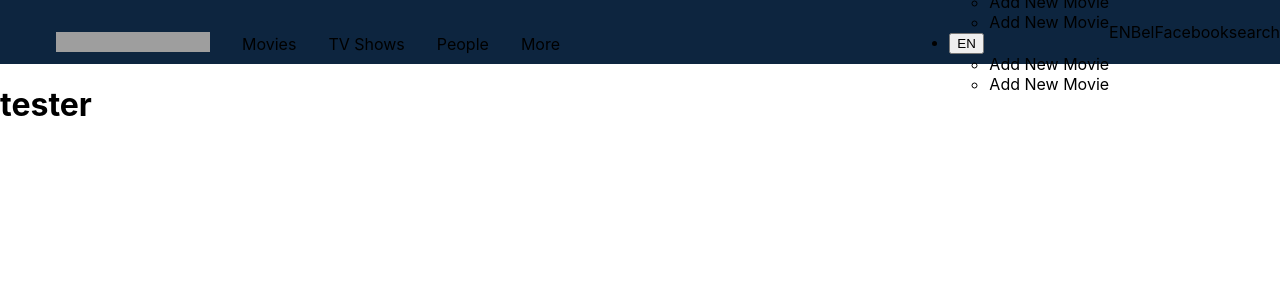
Repository: Fauzaanmhmd/qnpTesFrontend
Page: /
An editor plug-in stored every save of this project. The page is shown before and after the next save, followed by the edit.
The browser window is 1280 px wide. The pictures show the whole page.
Pictures or frames that could not be fetched are drawn as grey boxes. The page's requests for data from a server got no answer. The project was rebuilt for these pictures with package versions that can differ from the ones it lists, and the page was loaded fresh each time. The framework's server and built-in components were replaced by stand-ins that run in the browser. No one was signed in, and anything a server would have sent is missing. Also part of the build but not shown: next.config.js, styles/Moviecard.module.scss, pages/components/Moviecard.tsx.

Above is the page before, as saved 2022-03-17 13:51:48.

### pages/index.tsx
import type { NextPage } from 'next'
import styles from '../styles/Home.module.scss'
import Section from './Section'
import { useEffect, useState } from 'react'
import axios from 'axios'
import MovieCard from './components/Moviecard'
import Youtube from 'react-youtube'
import { ReactNode } from 'react'
import Navbar from './components/Navbar'


const Home: NextPage = () => {

  const MOVIE_API = "https://api.themoviedb.org/3"
  const SEARCH_API = MOVIE_API + "search/movie"
  const BACKDROP_PATH = "https://image.tmdb.org/t/p/w1280"
  const API_KEY = "b3802c15c1569a1a0caa6bee01c6f23e"
  const DISCOVER_API = `${MOVIE_API}/discover/movie`

  const [movie, setMovie] = useState({ title: "Loading Movies" })
  const [trailer, setTrailer] = useState(null)
  const [playing, setPlaying] = useState(false)
  const [movies, setMovies] = useState([])
  const [searchKey, setSearchKey] = useState("")

  useEffect(() => {
    fetchMovies()
  }, [])

  const fetchMovies = async () => {

    const { data } = await axios.get(`${searchKey ? SEARCH_API : DISCOVER_API}`, {
      params: {
        api_key: API_KEY,
        query: searchKey
      }
    })

    console.log(data)
    setMovies(data.results)
  }

  const renderMovies = () => {
    return movies?.map((movie: any) => (
      <MovieCard
        key={movie.id}
        movie={movie}
      />
    ))
  }

  return (
    <div>
      <header>
        <Navbar />
      </header>
      <div>
        <h1>tester</h1>
        <div className={styles.container}>
          {renderMovies()}
        </div>
      </div>
    </div>
  )

}


export default Home

### styles/Home.module.scss
.container {
    display: flex;
    align-items: center;
    flex-wrap: nowrap;
    flex-direction: row;
    margin-top: 8px;
    margin-left: 2rem;
    max-width: 100%;
    overflow-x: auto;
}

### pages/components/Navbar.tsx
import styles from "../../styles/Navbar.module.scss"
import { ImPlus } from "react-icons/im";
const Navbar = () => {
    return (
        <div className={styles.Navbar}>
            <div className={styles.MenuBar}>
                <ul className={styles.NavbarItem}>
                    <li><img src="https://www.themoviedb.org/assets/2/v4/logos/v2/blue_short-8e7b30f73a4020692ccca9c88bafe5dcb6f8a62a4c6bc55cd9ba82bb2cd95f6c.svg" /></li>
                    <li><a>Movies</a>
                        <div className={styles.Submenu}>
                            <ul>
                                <li>Popular</li>
                                <li>Now Playing</li>
                                <li>Upcoming</li>
                                <li>Top Rated</li>
                            </ul>
                        </div>
                    </li>
                    <li><a>TV Shows</a>
                        <div className={styles.Submenu}>
                            <ul>
                                <li>Popular</li>
                                <li>Now Playing</li>
                                <li>Upcoming</li>
                                <li>Top Rated</li>
                            </ul>
                        </div>
                    </li>
                    <li><a>People</a>
                        <div className={styles.Submenu}>
                            <ul>
                                <li>Popular</li>
                            </ul>
                        </div>
                    </li>
                    <li><a>More</a>
                        <div className={styles.Submenu}>
                            <ul>
                                <li>Discussion</li>
                                <li>Leaderbord</li>
                                <li>Support</li>
                                <li>API</li>
                            </ul>
                        </div>
                    </li>
                </ul>
            </div>
            <div className={styles.NavbarIcon}>
                <div className={styles.menuBar}>
                    <ul>
                        <li><button><ImPlus /></button>
                            <div>
                                <ul>
                                    <li>Add New Movie</li>
                                    <li>Add New Movie</li>
                                </ul>
                            </div>
                        </li>
                        <li><button>EN</button>
                            <div>
                                <ul>
                                    <li>Add New Movie</li>
                                    <li>Add New Movie</li>
                                </ul>
                            </div>
                        </li>
                    </ul>
                </div>
                <div>
                    EN
                </div>
                <div>
                    Bel
                </div>
                <div>
                    Facebook
                </div>
                <div>
                    search
                </div>
            </div>
        </div>
    )
}

export default Navbar

### styles/Navbar.module.scss
@import "./utils/utils.scss";

.Navbar {
    display: flex;
    justify-content: space-between;
    background-color: $darkblue;
    width: 100%;
    height: 4rem;
}

.MenuBar {
    text-align: center;
}

.MenuBar ul {
    display: inline-flex;
    list-style: none;
}

.MenuBar ul li {
    padding: 1rem;
}

.NavbarItem {
    display: flex;
    align-items: center;

    img {
        width: 154px;
        height: 20px;
    }
}

.NavbarIcon {
    display: flex;
    align-items: center;
}

.Submenu {
    display: none;
}

.MenuBar ul li:hover {
    background: $lightgreen;
    border-radius: 3px;
}

.MenuBar ul li:hover .Submenu {
    display: block;
    position: absolute;
    background-color: $white;
    margin-top: 10px;
    margin-left: -15px;
    width: 13rem;
    cursor: pointer;
}

.MenuBar li a {
    cursor: pointer;
    text-decoration: none;
}

.MenuBar ul li:hover .Submenu ul {
    display: block;
    margin: 10px;
}

.MenuBar ul li:hover .Submenu ul {
    padding: 5px;
    background: transparent;
    text-align: left;
}

### styles/utils/utils.scss
@import "./color.scss";

### styles/utils/color.scss
$lightgreen : #90cea1;
$white: #FFFFFF;
$lightblue: #01b4e4;
$darkblue: #0d253f;

Loaded but not shown: pages/_app.tsx (common file); styles/globals.scss (common file)

After the next save:
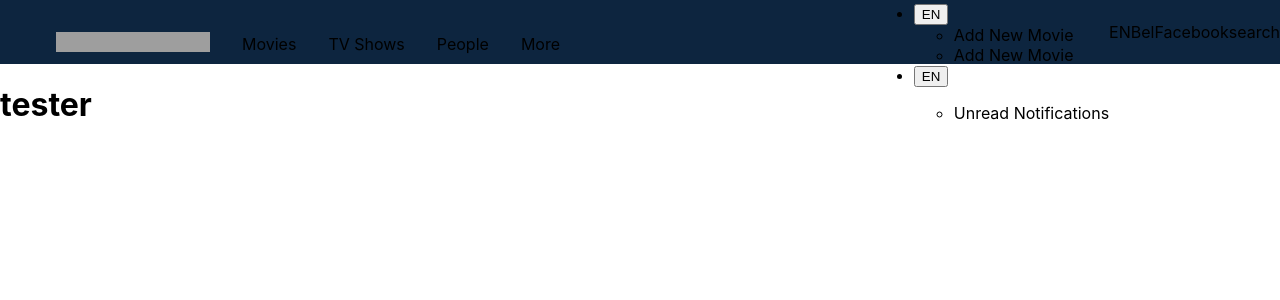
Saved 69 s later.
--- a/pages/components/Navbar.tsx
+++ b/pages/components/Navbar.tsx
@@ -64,6 +64,13 @@
                                 </ul>
                             </div>
                         </li>
+                        <li><button>EN</button>
+                            <div>
+                                <ul>
+                                    <li><p>Unread Notifications</p></li>
+                                </ul>
+                            </div>
+                        </li>
                     </ul>
                 </div>
                 <div>
